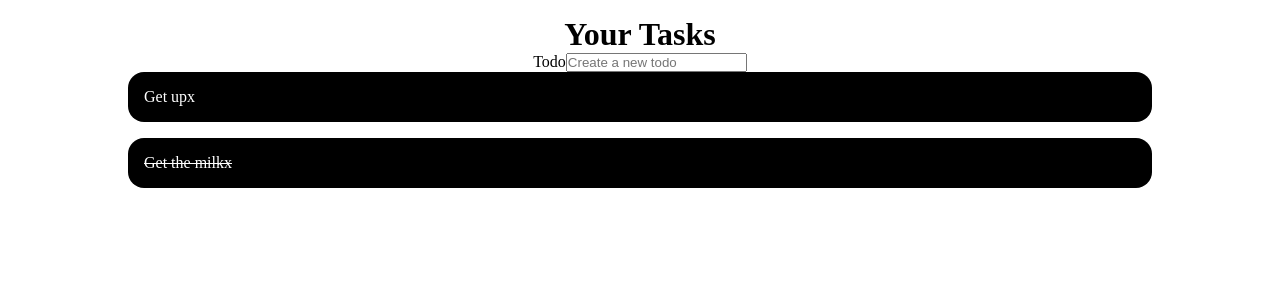
Repository: Heeeeeppo/todo-list
Page: / (app in frontend/)
The author's editor kept a copy of each file at every save. The page is drawn from the files as they stood at one save, then again after the next save.
The browser window is 1280 px wide. The pictures show the whole page.
The project was rebuilt for these pictures with package versions that can differ from the ones it lists, and the page was loaded fresh each time.

Above is the page before, as saved 2023-11-07 19:34:30.

### frontend/src/index.css
* {
  margin: 0;
  padding: 0;
}

.App {
  padding: 16px;
  width: 80%;
  margin: auto;
}

h1 {
  text-align: center;
}

.inputField {
  display: flex;
  width: 50%;
  justify-content: center;
  margin: auto;
}

.todo {
  background-color: black;
  color: white;
  position: relative;
  padding: 16px;
  border-radius: 16px;
  display: flex;
  align-items: center;
  margin-bottom: 16px;
}

.completed {
  text-decoration: line-through;
}

### frontend/src/App.js
import { useState } from "react";

function App() {

    const [todos, setTodos] = useState([]);
    const [newTodo, setNewTodo] = useState("");

    function handleChange(event) {
        setNewTodo(event.target.value);
    }

    return (
        <div className="App">
            <h1>Your Tasks</h1>
            <div className="inputField">
                <label for="text">Todo</label>
                <input
                    type="text"
                    name="text"
                    onChange={handleChange}
                    value={newTodo}
                    placeholder="Create a new todo"
                />
            </div>

            <div className="todos">
                <div className="todo">
                    <div className="checkbox"></div>
                    <div className="text">Get up</div>
                    <div className="delete-todo">x</div>
                </div>

                <div className="todo completed">
                    <div className="checkbox"></div>
                    <div className="text">Get the milk</div>
                    <div className="delete-todo">x</div>
                </div>
            </div>
        </div>
    );
}

export default App;

Loaded but not shown: frontend/public/index.html (common file); frontend/src/index.js (common file)

After the next save:
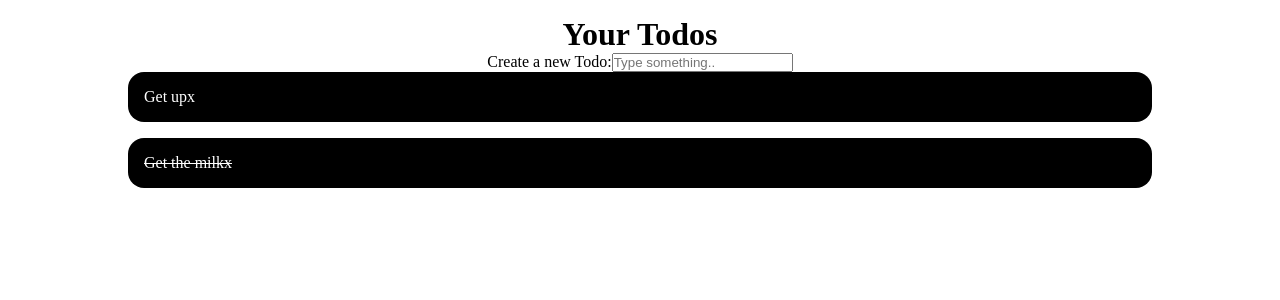
Saved 36 s later.
--- a/frontend/src/App.js
+++ b/frontend/src/App.js
@@ -11,15 +11,15 @@ function App() {
 
     return (
         <div className="App">
-            <h1>Your Tasks</h1>
+            <h1>Your Todos</h1>
             <div className="inputField">
-                <label for="text">Todo</label>
+                <label for="text">Create a new Todo: </label>
                 <input
                     type="text"
                     name="text"
                     onChange={handleChange}
                     value={newTodo}
-                    placeholder="Create a new todo"
+                    placeholder="Type something.."
                 />
             </div>
 
